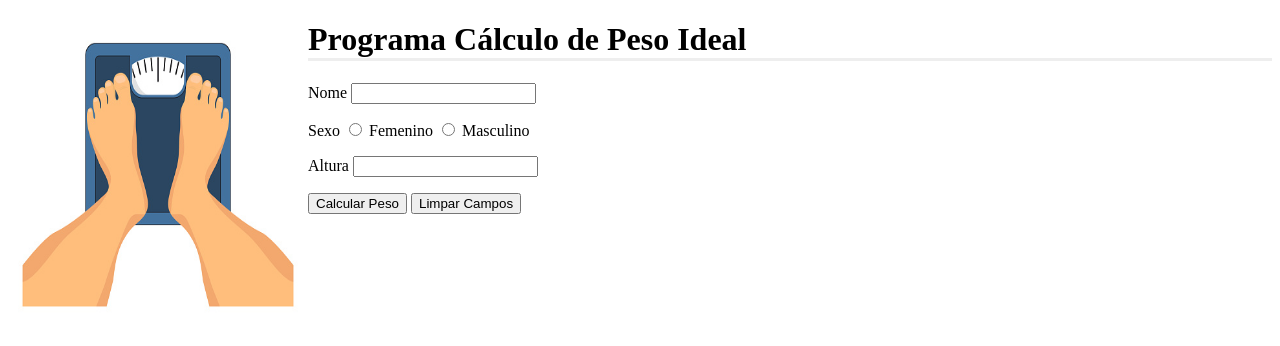
Repository: JhonMercedes/Javascript-book
Page: cap3/ex3_2.html
The author's editor kept a copy of each file at every save. The page is drawn from the files as they stood at one save, then again after the next save.
The browser window is 1280 px wide. The pictures show the whole page.

Above is the page before, as saved 2021-12-12 00:16:44.

### cap3/ex3_2.html
<!DOCTYPE html>
<html lang="pt-br">
<head>
    <meta charset="UTF-8">
    <meta http-equiv="X-UA-Compatible" content="IE=edge">
    <meta name="viewport" content="width=device-width, initial-scale=1.0">
    <link rel="stylesheet" href="./css/style.css">
    <title>Exemplo 3.2</title>
</head>
<body>

    <img src="./img/balanca.jpg" alt="balanca png">

    <h1>Programa Cálculo de Peso Ideal</h1>
    <p>Nome
        <input type="text" id="inNome">
    </p>
    <p>Sexo
        <input type="radio" name="sexo" id="rbFem" > Femenino
        <input type="radio" name="sexo" id="rbMasc"> Masculino
    </p>
    <p>Altura
        <input type="text" id="inAltura">
    </p>

    <input type="button" value="Calcular Peso" id="btCalcularPeso">
    <input type="button" value="Limpar Campos" id="btLimpar">

    <h3 id="outResultado"></h3>

    <script src="./js/ex3_2.js"></script>
</body>
</html>

### cap3/css/style.css
img {
    float: left;
    height: 300px;
    width: 300px;
}

h1{
    border-bottom-style: inset;
}

### cap3/js/ex3_2.js
function calcularPeso() {

    // cria ref aso elementos manipulados
    var inNome = document.getElementById("inNome");
    var rbFem = document.getElementById("rbFem");
    var rbMasc = document.getElementById("rbMasc");
    var inAltura = document.getElementById("inAltura");
    var outResultado = document.getElementById("outResultado");

    //obtém o conteudo e joga em uma variavel
    var nome = inNome.value;
    var fem = rbFem.checked;
    var masc = rbMasc.checked;
    var altura = Number(inAltura.value);

    //verificar se o nome foi preenchido e o sexo foi selecionado
    if (nome == "" || (fem == false && masc == false)) {
        alert("Por favor, informe o nome e selecione o sexo...")
        inNome.focus(); // posiciona (joga o foco) no campo de edição inNome
        return;
}

    /*se altura vazio(0) ou NaN: Not-a-number (um texto for informado
       por exemplo)
    */
    if(altura == 0 || isNaN(altura)){
        alert("Por favor, informe altura corretamente");
        inAltura.focus();
        return;
    }

    // se masculino == true
    if (masc) {
        var peso = 22 * Math.pow(altura, 2); //Math.pow eleva ao quadrado
    }else {
        var peso = 21 * Math.pow(altura, 2);
    }

    //apresenta a resposta
    outResultado.textContent = nome + ": seu peso idela é " + peso.toFixed(3) + " kg";
}

var btCalcularPeso = document.getElementById("btCalcularPeso");
btCalcularPeso.addEventListener("click", calcularPeso);

function limparCampos () {
    document.getElementById("inNome").value ="";
    document.getElementById("rbFem").checked = false;
    document.getElementById("rbMasc").checked = false;
    document.getElementById("inAltura").value = "";
    document.getElementById("outResultado").value = "";
    // foco ao recarregar pagina inNome
    document.getElementById("inNome").focus();

}
var btLimpar = document.getElementById("btLimpar");
btLimpar.addEventListener("click",limparCampos);

After the next save:
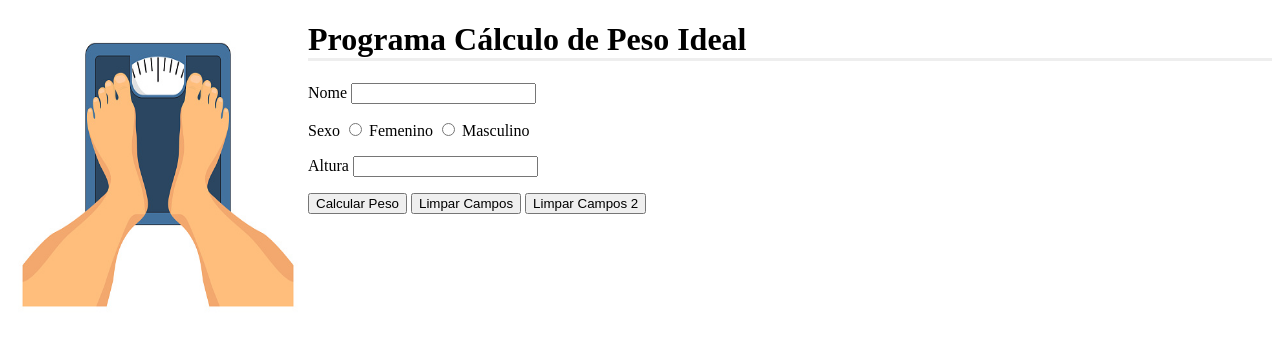
Saved 4 min 46 s later.
--- a/cap3/ex3_2.html
+++ b/cap3/ex3_2.html
@@ -25,6 +25,7 @@
 
     <input type="button" value="Calcular Peso" id="btCalcularPeso">
     <input type="button" value="Limpar Campos" id="btLimpar">
+    <input type="button" value="Limpar Campos 2" id="btRecarregar">
 
     <h3 id="outResultado"></h3>
 
